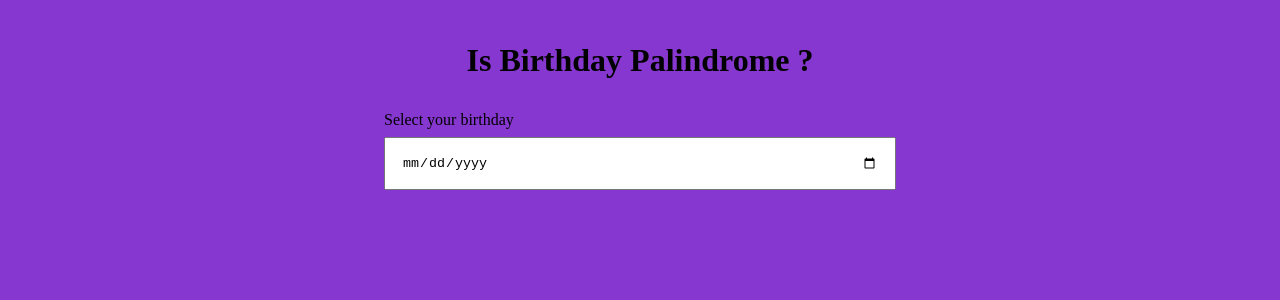
Repository: patelamancode/Palindrome-Birthday
Page: index.html
An editor plug-in stored every save of this project. The page is shown before and after the next save, followed by the edit.
The browser window is 1280 px wide. The pictures show the whole page.

Above is the page before, as saved 2022-12-02 04:13:19.

After the next save:
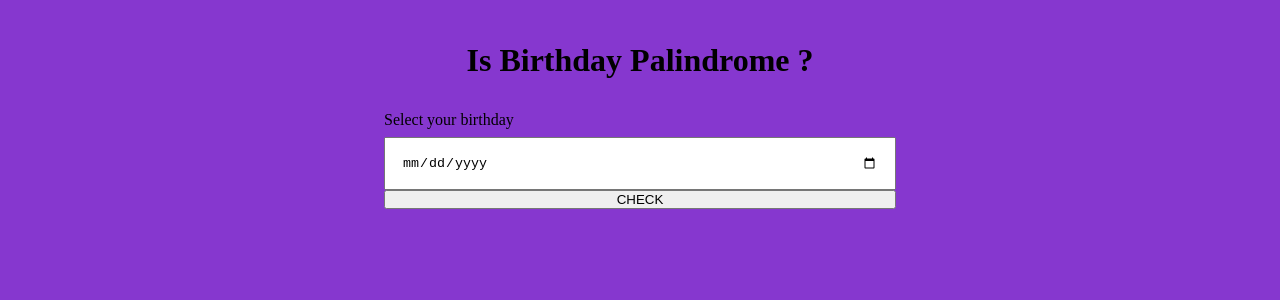
Saved 5 s later.
--- a/index.html
+++ b/index.html
@@ -13,7 +13,7 @@
         <label for="birth date">Select your birthday</label>
         <input type="date" id="selected-dob" placeholder="xx/xx/xxxx" />
 
-
+        <button id="check-btn">CHECK</button>
 
     </div>
     <script src="index.js"></script>
